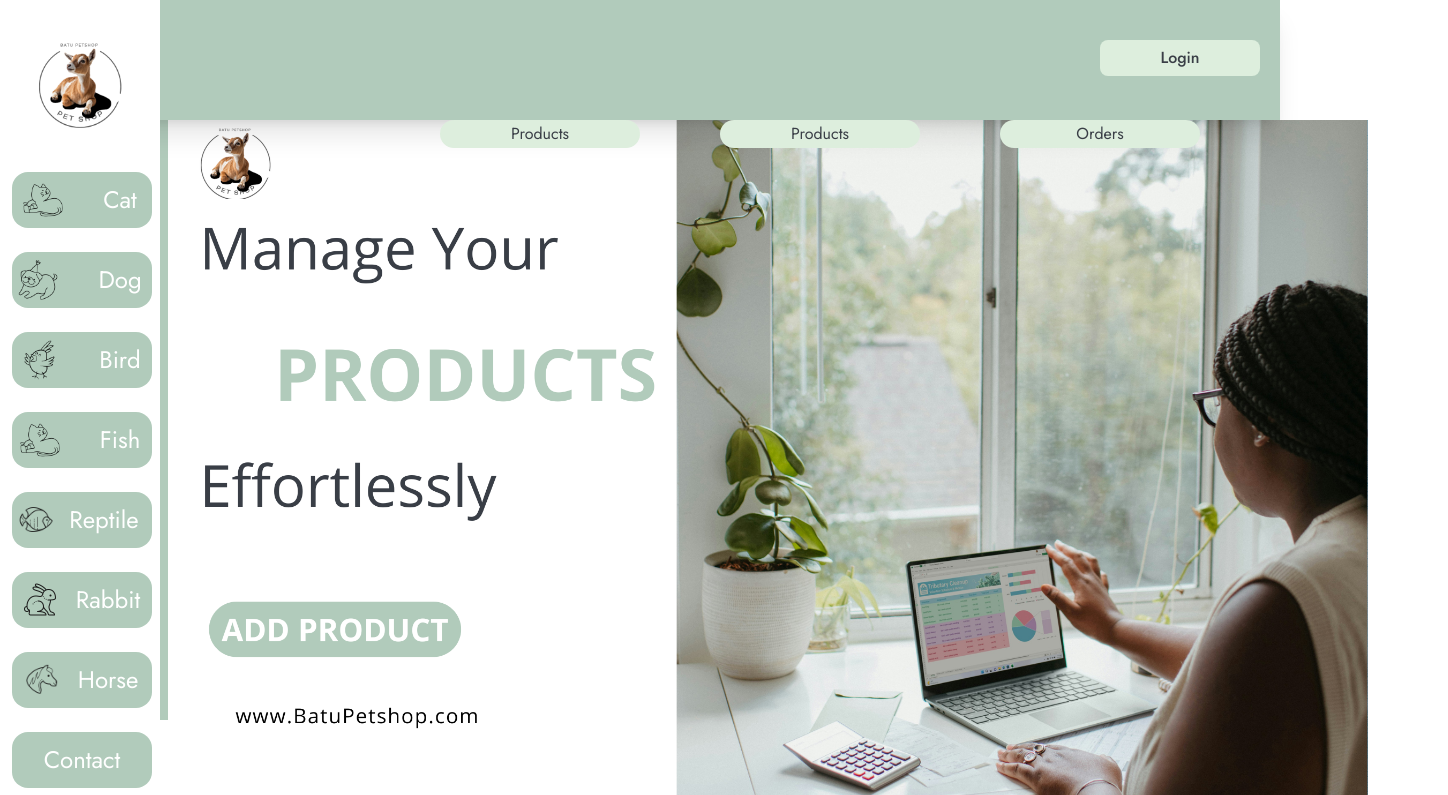
Repository: batu-call/batu-petshop
Page: /main (app in petshopp-appAdmin/admin/)
The author's editor kept a copy of each file at every save. The page is drawn from the files as they stood at one save, then again after the next save.
The browser window is 1280 px wide. The page is 1368 px wide, then 1448 px, so the pictures cover 1448 px, including what lies to the right of the window. The pictures show the whole page.
The project was rebuilt for these pictures with package versions that can differ from the ones it lists, and the page was loaded fresh each time. The framework's server and built-in components were replaced by stand-ins that run in the browser. Also part of the build but not shown: petshopp-appAdmin/admin/next.config.ts.

Above is the page before, as saved 2025-09-21 00:46:47.

### petshopp-appAdmin/admin/src/app/layout.tsx
import type { Metadata } from "next";
import { Jost } from 'next/font/google';
import "./globals.css";

const jost = Jost({
  subsets: ['latin'],
  weight: ['400', '500', '700'],
});


export const metadata: Metadata = {
  title: "Batu Petshop AdminPanel",
  description: "Generated by create next app",
   icons: {
    icon: '/favicon.ico',
  },
};

export default function RootLayout({
  children,
}: Readonly<{
  children: React.ReactNode;
}>) {
  return (
    <html lang="en">
      <body
        className={`antialiased ${jost.className}`}
      >
        {children}
      </body>
    </html>
  );
}

### petshopp-appAdmin/admin/src/app/main/layout.tsx
import Main from "./controller/Main"

export default function MainLayout({ children }: { children: React.ReactNode }) {
  return <Main>{children}</Main>
}

### petshopp-appAdmin/admin/src/app/main/page.tsx
import React from 'react'
import Main from './controller/Main'


const page = () => {
  return (
    <div>
        <Main />
    </div>
  )
}

export default page

### petshopp-appAdmin/admin/src/app/globals.css
@import "tailwindcss";
@import "tw-animate-css";

@custom-variant dark (&:is(.dark *));

@layer utilities {
  .bg-primary {
    background-color: #B1CBBB;
  }
  .bg-secondary {
    background-color: #DDEEDD;
  }
  .bg-secondary_20 {
    background-color: rgba(221, 238, 221, 0.2);
  }
  .text-jost {
    font-family: 'Jost',sans-serif;
  }
  .text-color {
    color: #393E46;
  }
  .text-color2 {
    color: #B1CBBB;
  }
}

body {
  font-family: 'Jost', Arial, Helvetica, sans-serif
}

@theme inline {
  --radius-sm: calc(var(--radius) - 4px);
  --radius-md: calc(var(--radius) - 2px);
  --radius-lg: var(--radius);
  --radius-xl: calc(var(--radius) + 4px);
  --color-background: var(--background);
  --color-foreground: var(--foreground);
  --color-card: var(--card);
  --color-card-foreground: var(--card-foreground);
  --color-popover: var(--popover);
  --color-popover-foreground: var(--popover-foreground);
  --color-primary: var(--primary);
  --color-primary-foreground: var(--primary-foreground);
  --color-secondary: var(--secondary);
  --color-secondary-foreground: var(--secondary-foreground);
  --color-muted: var(--muted);
  --color-muted-foreground: var(--muted-foreground);
  --color-accent: var(--accent);
  --color-accent-foreground: var(--accent-foreground);
  --color-destructive: var(--destructive);
  --color-border: var(--border);
  --color-input: var(--input);
  --color-ring: var(--ring);
  --color-chart-1: var(--chart-1);
  --color-chart-2: var(--chart-2);
  --color-chart-3: var(--chart-3);
  --color-chart-4: var(--chart-4);
  --color-chart-5: var(--chart-5);
  --color-sidebar: var(--sidebar);
  --color-sidebar-foreground: var(--sidebar-foreground);
  --color-sidebar-primary: var(--sidebar-primary);
  --color-sidebar-primary-foreground: var(--sidebar-primary-foreground);
  --color-sidebar-accent: var(--sidebar-accent);
  --color-sidebar-accent-foreground: var(--sidebar-accent-foreground);
  --color-sidebar-border: var(--sidebar-border);
  --color-sidebar-ring: var(--sidebar-ring);
}

:root {
  --radius: 0.625rem;
  --background: oklch(1 0 0);
  --foreground: oklch(0.145 0 0);
  --card: oklch(1 0 0);
  --card-foreground: oklch(0.145 0 0);
  --popover: oklch(1 0 0);
  --popover-foreground: oklch(0.145 0 0);
  --primary: oklch(0.205 0 0);
  --primary-foreground: oklch(0.985 0 0);
  --secondary: oklch(0.97 0 0);
  --secondary-foreground: oklch(0.205 0 0);
  --muted: oklch(0.97 0 0);
  --muted-foreground: oklch(0.556 0 0);
  --accent: oklch(0.97 0 0);
  --accent-foreground: oklch(0.205 0 0);
  --destructive: oklch(0.577 0.245 27.325);
  --border: oklch(0.922 0 0);
  --input: oklch(0.922 0 0);
  --ring: oklch(0.708 0 0);
  --chart-1: oklch(0.646 0.222 41.116);
  --chart-2: oklch(0.6 0.118 184.704);
  --chart-3: oklch(0.398 0.07 227.392);
  --chart-4: oklch(0.828 0.189 84.429);
  --chart-5: oklch(0.769 0.188 70.08);
  --sidebar: oklch(0.985 0 0);
  --sidebar-foreground: oklch(0.145 0 0);
  --sidebar-primary: oklch(0.205 0 0);
  --sidebar-primary-foreground: oklch(0.985 0 0);
  --sidebar-accent: oklch(0.97 0 0);
  --sidebar-accent-foreground: oklch(0.205 0 0);
  --sidebar-border: oklch(0.922 0 0);
  --sidebar-ring: oklch(0.708 0 0);
}

.dark {
  --background: oklch(0.145 0 0);
  --foreground: oklch(0.985 0 0);
  --card: oklch(0.205 0 0);
  --card-foreground: oklch(0.985 0 0);
  --popover: oklch(0.205 0 0);
  --popover-foreground: oklch(0.985 0 0);
  --primary: oklch(0.922 0 0);
  --primary-foreground: oklch(0.205 0 0);
  --secondary: oklch(0.269 0 0);
  --secondary-foreground: oklch(0.985 0 0);
  --muted: oklch(0.269 0 0);
  --muted-foreground: oklch(0.708 0 0);
  --accent: oklch(0.269 0 0);
  --accent-foreground: oklch(0.985 0 0);
  --destructive: oklch(0.704 0.191 22.216);
  --border: oklch(1 0 0 / 10%);
  --input: oklch(1 0 0 / 15%);
  --ring: oklch(0.556 0 0);
  --chart-1: oklch(0.488 0.243 264.376);
  --chart-2: oklch(0.696 0.17 162.48);
  --chart-3: oklch(0.769 0.188 70.08);
  --chart-4: oklch(0.627 0.265 303.9);
  --chart-5: oklch(0.645 0.246 16.439);
  --sidebar: oklch(0.205 0 0);
  --sidebar-foreground: oklch(0.985 0 0);
  --sidebar-primary: oklch(0.488 0.243 264.376);
  --sidebar-primary-foreground: oklch(0.985 0 0);
  --sidebar-accent: oklch(0.269 0 0);
  --sidebar-accent-foreground: oklch(0.985 0 0);
  --sidebar-border: oklch(1 0 0 / 10%);
  --sidebar-ring: oklch(0.556 0 0);
}

@layer base {
  * {
    @apply border-border outline-ring/50;
  }
  body {
    @apply bg-background text-foreground;
  }
}

### petshopp-appAdmin/admin/src/app/main/controller/Main.tsx
import React from 'react'
import Navbar from '../../Navbar/page'
import Sidebar from '../../Sidebar/page'
import Image from 'next/image'


const Main = () => {
  return (
    <div className='w-full h-screen bg-primary'>
      {/* Navbar */}
      <Navbar />
      {/* Catgeory */}
      <Sidebar />
      <Image src={"/admin-banner.png"} alt='admin-banner' width={1200} height={1200} className='ml-42'/>
    </div>
  )
}

export default Main

### petshopp-appAdmin/admin/src/app/Navbar/page.tsx
"use client"
import React, { useState } from 'react'
import Link from 'next/link'
import Image from 'next/image'
import { Button } from "@/components/ui/button"





const Page = () => {

  const [open, setOpen] = useState(false)

  return (
    <div>
      <div className='w-full h-30 bg-primary shadow-xl relative'>
        {/* Image */}
        <Link href={"/main"}>
      <div className='fixed'>
        <Image  src={"/logo.png"} alt='main-icon' width={500} height={500} className='flex justify-center items-center w-40 h-40'/>
      </div>
      </Link>
      {/* Image */}

      {/* Button */}
      <div className='absolute top-10 right-45'>
        <Button className='absolute cursor-pointer bg-secondary text-color w-40 text-base hover:bg-secondary'>Login</Button>
      </div>

      </div>
      <div className='flex gap-20 items-center justify-center absolute right-20'>
      {/* Buton + dropdown*/}
     <div
      className="relative inline-block"
      onMouseEnter={() => setOpen(true)}
      onMouseLeave={() => setOpen(false)}
    >
      {/* Buton */}
      <div className="w-50 h-7 rounded-xl bg-secondary flex items-center justify-center cursor-pointer">
        <h3 className="text-color text-jost">Products</h3>
      </div>

      {/* Dropdown */}
      {open && (
        <div className="absolute left-0 mt-1 w-50 bg-white shadow-lg rounded-xl z-10">
          <ul className="flex flex-col">
            <Link href="/AddProduct">
              <li>
                <a className="block px-4 py-2 hover:bg-gray-200 border-b-2 border-secondary">
                  Add Product
                </a>
              </li>
            </Link>
              <li>
                <a className="block px-4 py-2 hover:bg-gray-200 border-b-2 border-secondary">
                  All Products
                </a>
              </li>
              <li>
                <a className="block px-4 py-2 hover:bg-gray-200">Product Stats</a>
              </li>
          </ul>
        </div>
      )}
    </div>

           <div className="relative inline-block">
      {/* Buton + dropdown*/}
      <div className="group relative">
        <div className="w-50 h-7 rounded-xl bg-secondary flex items-center justify-center cursor-pointer">
          <h3 className="text-color text-jost">Products</h3>
        </div>

        {/* Dropdown */}
        <div className="absolute left-0 hidden group-hover:block mt-1 w-50 bg-white shadow-lg rounded-xl z-10">
          <ul className="flex flex-col">
            <Link href={"/AddProduct"}>
            <li>
                <a className="block px-4 py-2 hover:bg-gray-200 border-secondary border-b-2">Add Product</a>
            </li>
            </Link>
            <li>

                <a className="block px-4 py-2 hover:bg-gray-200 border-secondary border-b-2">All Products</a>

            </li>
            <li>

                <a className="block px-4 py-2 hover:bg-gray-200">Product Stats</a>

            </li>
          </ul>
        </div>
      </div>
    </div>

           <div className="relative inline-block">
      {/* Buton + dropdown*/}
      <div className="group relative">
        <div className="w-50 h-7 rounded-xl bg-secondary flex items-center justify-center cursor-pointer">
          <h3 className="text-color text-jost">Orders</h3>
        </div>

        {/* Dropdown */}
        <div className="absolute left-0 hidden group-hover:block mt-1 w-50 bg-white shadow-lg rounded-xl z-10">
          <ul className="flex flex-col">
            <li>
                <a className="block px-4 py-2 hover:bg-gray-200 border-secondary border-b-2">All Orders</a>

            </li>
            <li>

                <a className="block px-4 py-2 hover:bg-gray-200 border-secondary border-b-2">Processing Orders</a>

            </li>
            <li>

                <a className="block px-4 py-2 hover:bg-gray-200">Completed Orders</a>

            </li>
             <li>

                <a className="block px-4 py-2 hover:bg-gray-200">Order Stats</a>

            </li>
          </ul>
        </div>
      </div>
    </div>
      </div>
    </div>
  )
}

export default Page

### petshopp-appAdmin/admin/src/app/Sidebar/page.tsx
import React from 'react'
import Link from 'next/link'
import Image from 'next/image'

const page = () => {
  return (
    <div>
        <div className='w-40 h-screen bg-white fixed mt-7'>
        {/* Cat */}
        <Link href={"/Cat"}>
      <div className='bg-primary inline-block p-2 items-center mt-6 ml-3 rounded-2xl w-35'>
        <div className='flex gap-9 items-center justify-center'>
       <Image src="/cat_7721779.png" alt='cat-image'
       height={40}
       width={40}
       />
       <h2 className='text-2xl text-jost text-white p-1'>Cat</h2>
      </div>
      </div>
      </Link>
      {/* Dog */}
         <Link href={"/Dog"}>
       <div className='bg-primary inline-block p-2 items-center mt-6 ml-3 rounded-2xl w-35'>
        <div className='flex gap-9 items-center justify-center'>
       <Image src="/dog.png" alt='cat-image'
       height={40}
       width={40}
       />
       <h2 className='text-2xl text-jost text-white p-1'>Dog</h2>
      </div>
      </div>
      </Link>
      {/* BİRD */}
         <Link href={"/Bird"}>
       <div className='bg-primary inline-block p-2 items-center mt-6 ml-3 rounded-2xl w-35'>
        <div className='flex gap-9 items-center justify-center'>
       <Image src="/bird.png" alt='cat-image'
       height={40}
       width={40}
       />
       <h2 className='text-2xl text-jost text-white p-1'>Bird</h2>
      </div>
      </div>
      </Link>
      {/* FİSH */}
         <Link href={"/Fish"}>
       <div className='bg-primary inline-block p-2 items-center mt-6 ml-3 rounded-2xl w-35'>
        <div className='flex gap-9 items-center justify-center'>
       <Image src="/cat_7721779.png" alt='cat-image'
       height={40}
       width={40}
       />
       <h2 className='text-2xl text-jost text-white p-1'>Fish</h2>
      </div>
      </div>
      </Link>
      {/* Reptile */}
         <Link href={"/Reptile"}>
       <div className='bg-primary inline-block p-2 items-center mt-6 ml-3 rounded-2xl w-35'>
        <div className='flex gap-3 items-center justify-center'>
       <Image src="/fish.png" alt='cat-image'
       height={40}
       width={40}
       />
       <h2 className='text-2xl text-jost text-white mr-2'>Reptile</h2>
      </div>
      </div>
      </Link>
      {/* Rabbit */}
         <Link href={"/Rabbit"}>
       <div className='bg-primary inline-block p-2 items-center mt-6 ml-3 rounded-2xl w-35'>
        <div className='flex gap-3 items-center justify-center'>
       <Image src="/rabbit2.png" alt='cat-image'
       height={40}
       width={40}
       />
       <h2 className='text-2xl text-jost text-white p-1'>Rabbit</h2>
      </div>
      </div>
      </Link>
      {/* Horse */}
         <Link href={"/Horse"}>
       <div className='bg-primary inline-block p-2 items-center mt-6 ml-3 rounded-2xl w-35'>
        <div className='flex gap-3 items-center justify-center'>
       <Image src="/horse.png" alt='cat-image'
       height={40}
       width={40}
       />
       <h2 className='text-2xl text-jost text-white p-1'>Horse</h2>
      </div>
      </div>
      </Link>
      {/* Contact */}
         <Link href={"/Contact"}>
       <div className='bg-primary inline-block p-2 items-center mt-6 ml-3 rounded-2xl w-35'>
        <div className='flex gap-3 items-center justify-center'>
       <h2 className='text-2xl text-jost text-white p-1'>Contact</h2>
      </div>
      </div>
      </Link>
      {/* +category */}
       <div className='bg-primary inline-block p-2 items-center mt-6 ml-3 rounded-2xl w-35'>
        <div className='flex gap-3 items-center justify-center'>
       <h2 className='text-2xl text-jost text-white p-1'>+category</h2>
      </div>
      </div>
    </div>
    </div>
  )
}

export default page

### petshopp-appAdmin/admin/src/components/ui/button.tsx
import * as React from "react"
import { Slot } from "@radix-ui/react-slot"
import { cva, type VariantProps } from "class-variance-authority"

import { cn } from "@/lib/utils"

const buttonVariants = cva(
  "inline-flex items-center justify-center gap-2 whitespace-nowrap rounded-md text-sm font-medium transition-all disabled:pointer-events-none disabled:opacity-50 [&_svg]:pointer-events-none [&_svg:not([class*='size-'])]:size-4 shrink-0 [&_svg]:shrink-0 outline-none focus-visible:border-ring focus-visible:ring-ring/50 focus-visible:ring-[3px] aria-invalid:ring-destructive/20 dark:aria-invalid:ring-destructive/40 aria-invalid:border-destructive",
  {
    variants: {
      variant: {
        default: "bg-primary text-primary-foreground hover:bg-primary/90",
        destructive:
          "bg-destructive text-white hover:bg-destructive/90 focus-visible:ring-destructive/20 dark:focus-visible:ring-destructive/40 dark:bg-destructive/60",
        outline:
          "border bg-background shadow-xs hover:bg-accent hover:text-accent-foreground dark:bg-input/30 dark:border-input dark:hover:bg-input/50",
        secondary:
          "bg-secondary text-secondary-foreground hover:bg-secondary/80",
        ghost:
          "hover:bg-accent hover:text-accent-foreground dark:hover:bg-accent/50",
        link: "text-primary underline-offset-4 hover:underline",
      },
      size: {
        default: "h-9 px-4 py-2 has-[>svg]:px-3",
        sm: "h-8 rounded-md gap-1.5 px-3 has-[>svg]:px-2.5",
        lg: "h-10 rounded-md px-6 has-[>svg]:px-4",
        icon: "size-9",
      },
    },
    defaultVariants: {
      variant: "default",
      size: "default",
    },
  }
)

function Button({
  className,
  variant,
  size,
  asChild = false,
  ...props
}: React.ComponentProps<"button"> &
  VariantProps<typeof buttonVariants> & {
    asChild?: boolean
  }) {
  const Comp = asChild ? Slot : "button"

  return (
    <Comp
      data-slot="button"
      className={cn(buttonVariants({ variant, size, className }))}
      {...props}
    />
  )
}

export { Button, buttonVariants }

Loaded but not shown: petshopp-appAdmin/admin/src/lib/utils.ts (common file)

After the next save:
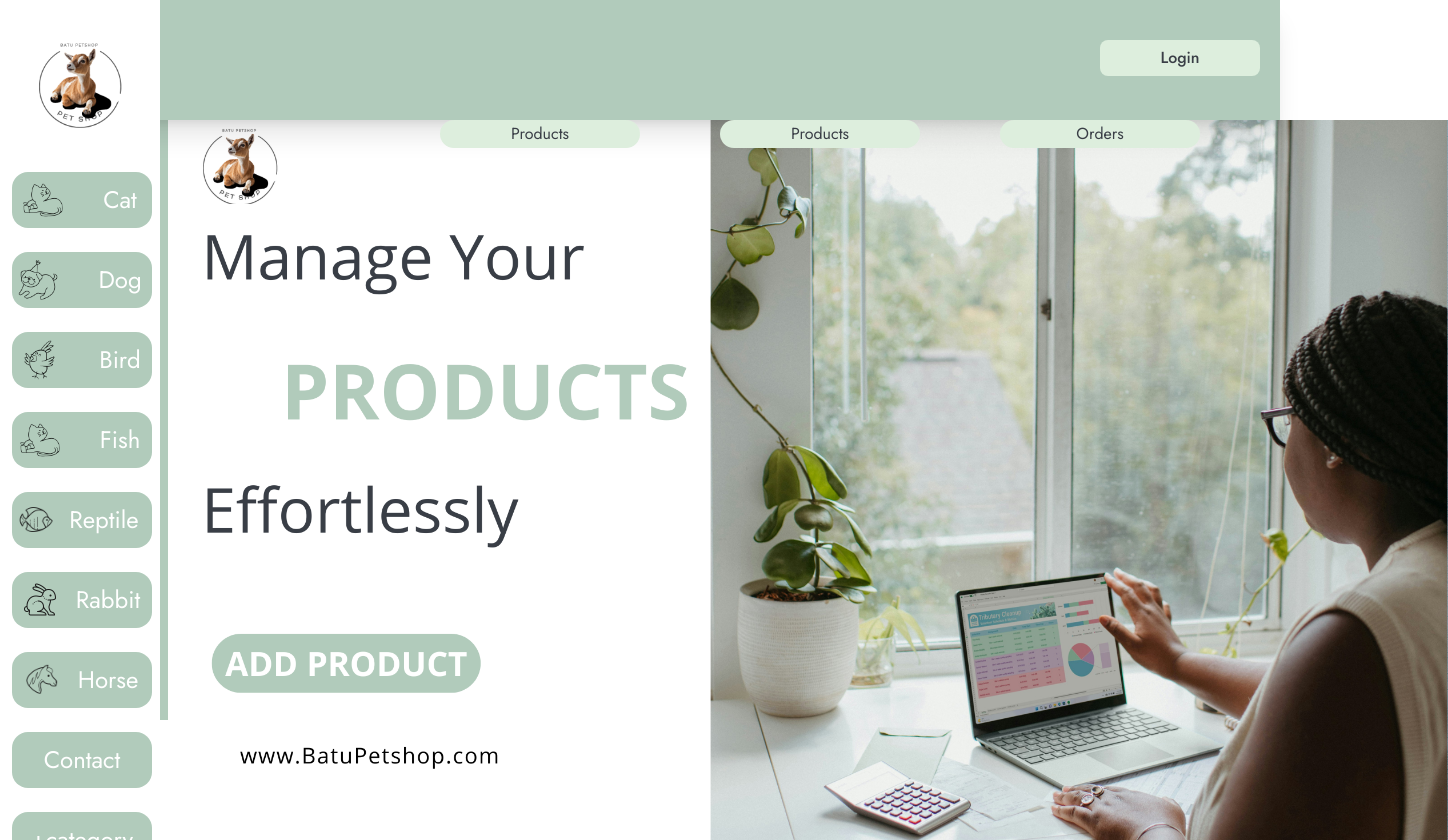
Saved 48 min 50 s later.
--- a/petshopp-appAdmin/admin/src/app/main/controller/Main.tsx
+++ b/petshopp-appAdmin/admin/src/app/main/controller/Main.tsx
@@ -11,7 +11,7 @@ const Main = () => {
       <Navbar />
       {/* Catgeory */}
       <Sidebar />
-      <Image src={"/admin-banner.png"} alt='admin-banner' width={1200} height={1200} className='ml-42'/>
+      <Image src={"/admin-banner.png"} alt='admin-banner' width={1400} height={1200} className='ml-42'/>
     </div>
   )
 }
